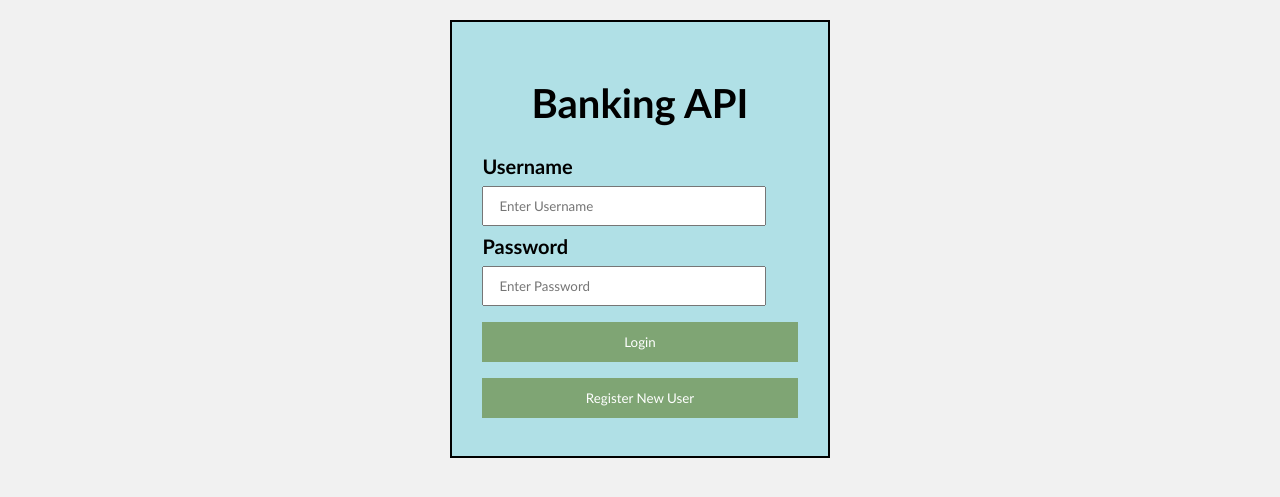
Repository: kennyufish/Revature_ROCP1_Project_Banking_API
Page: banking_api/src/main/webapp/index.html
These files come from the project's save history. The page is drawn as it stood at one moment and after the next save; the edit follows.
The browser window is 1280 px wide. The pictures show the whole page.

Above is the page before, as saved 2020-10-10 22:38:25.

### banking_api/src/main/webapp/index.html
<!DOCTYPE html>
<html>
<head>
<meta charset="ISO-8859-1">
<title>Banking API Login</title>
<style>
* {
	font-family: "Trebuchet MS", Arial, Helvetica, sans-serif;
	box-sizing: border-box;
}
.topNoticeGreen {
	color: black;
	background-color: green;
	width: 100%;
	padding: 20px;
	text-align: center;
}

.loginLayout {
	font-size:20px;
	background-color: powderblue;
	border: 2px solid black;
	padding: 30px;
	width: 30%;
	margin: 20px auto;
}
input[type=text],input[type=password]{
	width:90%;
	padding:10px 15px;
	margin:8px 0;
	display:inline-block;
	boxing-sizing:border-box;
}

button{
	background-color:#7FA574;
	color:white;
	padding: 12px 10px;
	margin: 8px 0;
	border:none;
	cursor:pointer;
	width:100%;
}

button:hover{
opacity:0.7}


</style>
</head>
<body style="background-color: #f1f1f1">
	<div class="loginLayout">
		<h1 align="center">Banking API</h1>
		<form action="loginUser" method='post'>
			<label for="username"><b>Username</b></label>
			<input type="text" name="username" placeholder="Enter Username" required>
			<label for="password"><b>Password</b></label>
			<input type="password" name="password" placeholder="Enter Password" required>
		 <button type="submit">Login</button>
		</form>

		<form action="registerNewUser">
			<button>Register New User</button>
		</form>
	</div>
</body>
</html>

After the next save:
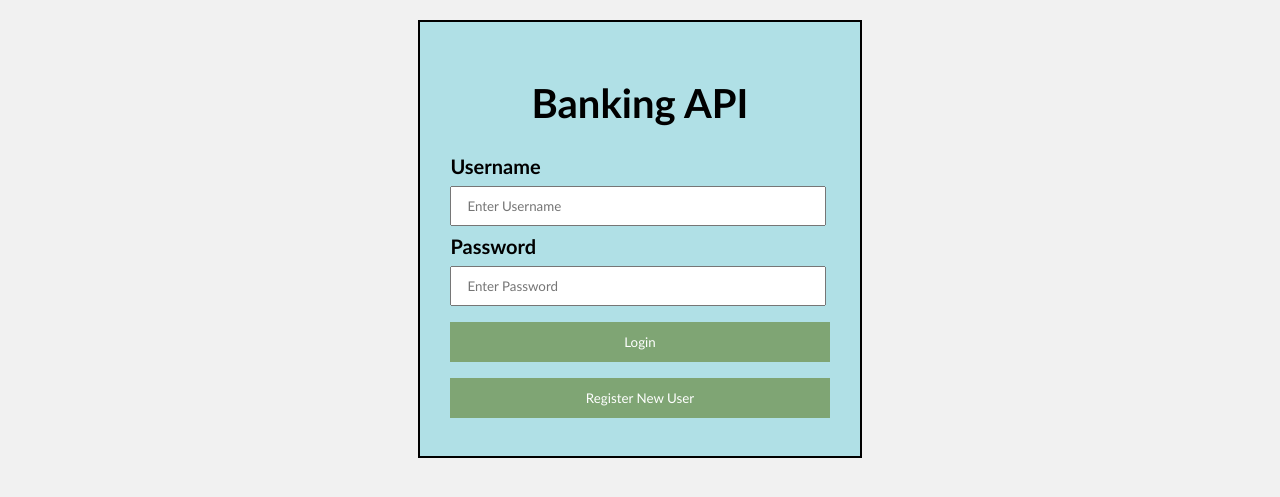
Saved 4 s later.
--- a/banking_api/src/main/webapp/index.html
+++ b/banking_api/src/main/webapp/index.html
@@ -6,7 +6,6 @@
 <style>
 * {
 	font-family: "Trebuchet MS", Arial, Helvetica, sans-serif;
-	box-sizing: border-box;
 }
 .topNoticeGreen {
 	color: black;
